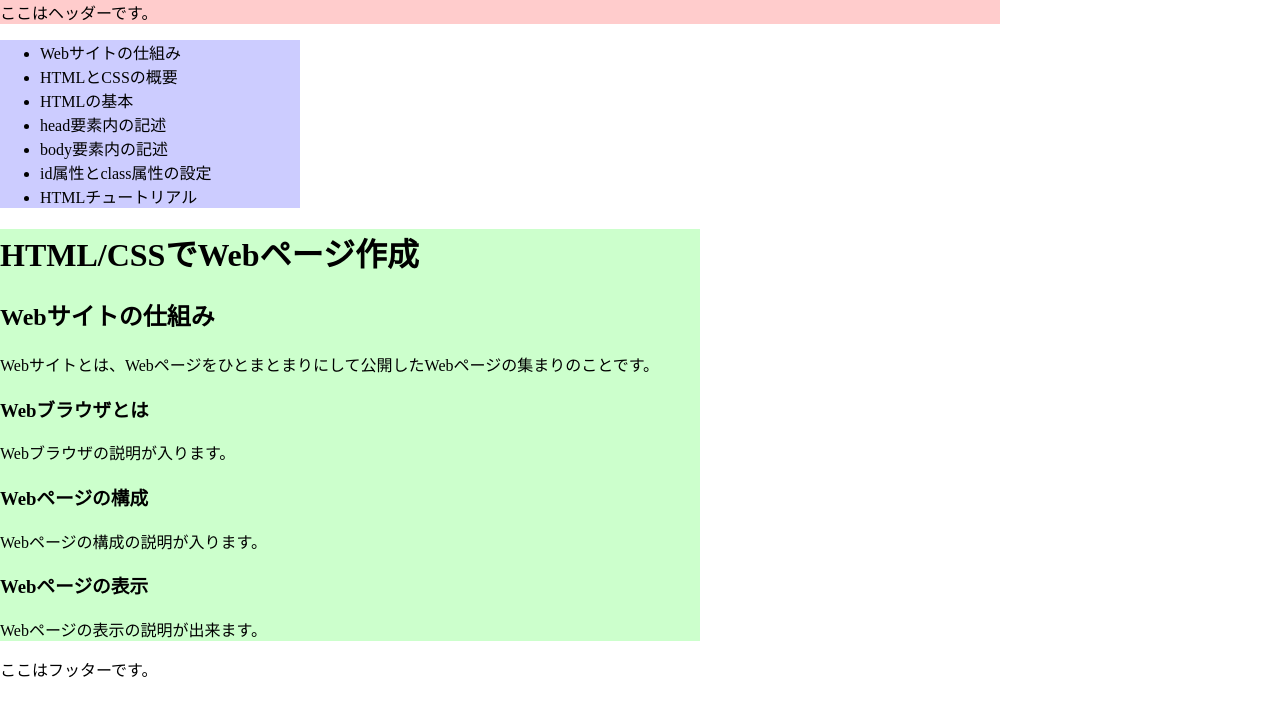
Repository: okugo/kadai-tasklist
Page: kadai-html.html
The author's editor kept a record of every edit. The page is drawn from the files as they stood at one moment, then again after the next edit.
The browser window is 1280 px wide. The pictures show the whole page.

Above is the page before.

After the next edit:
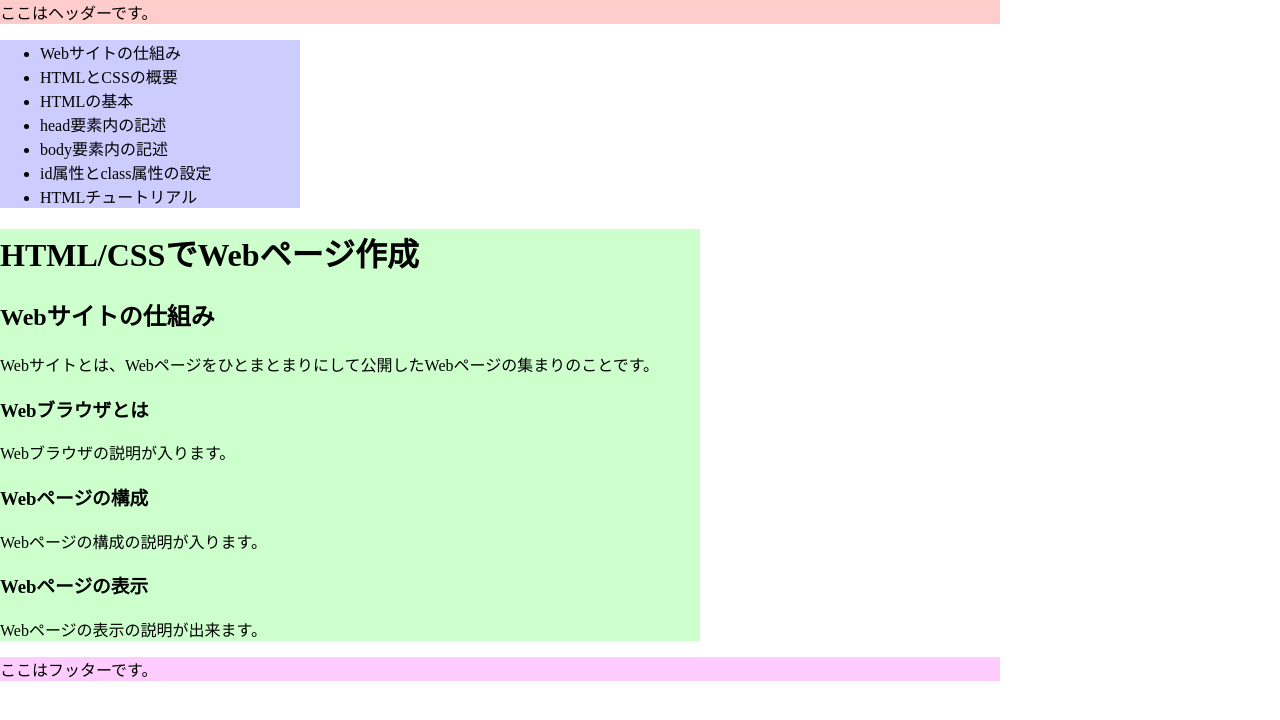
The edit:
--- a/kadai-css.css
+++ b/kadai-css.css
@@ -16,3 +16,5 @@
     background-color:#ccccff;
     }
 footer{
+    background-color:#ffccff;
+    }
